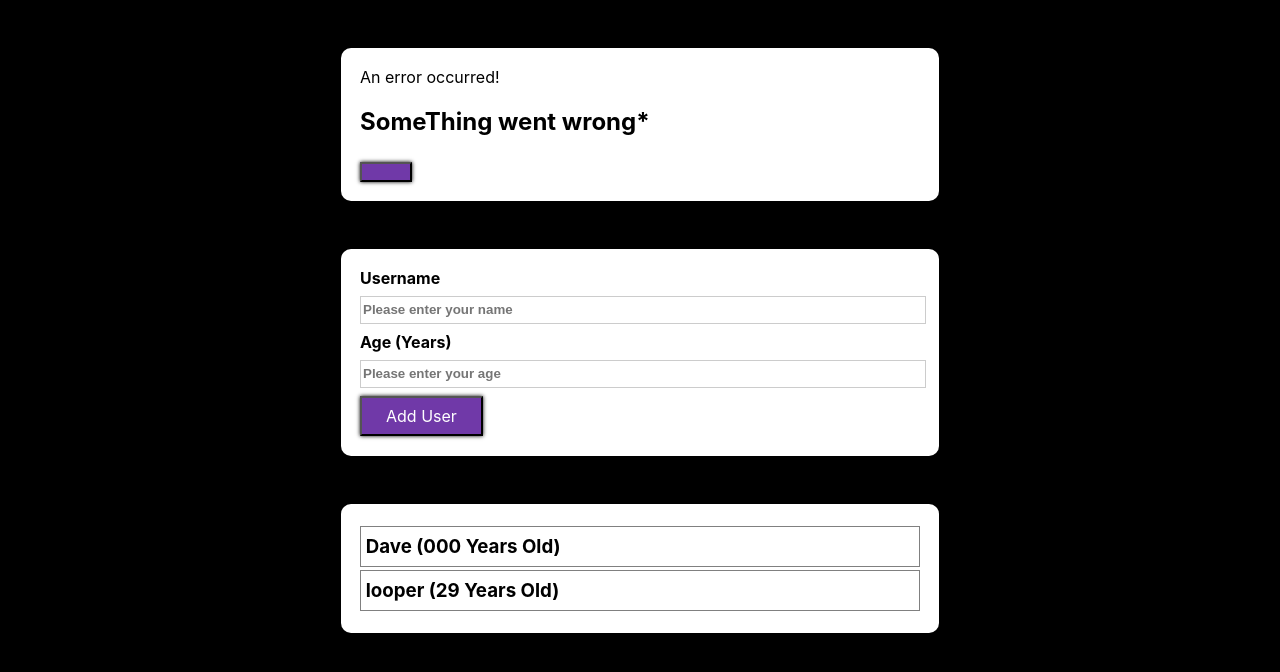
Repository: NamalPathirana/section-eight
Page: /
These files come from the project's save history. The page is drawn as it stood at one moment and after a run of saves; the edit follows.
The browser window is 1280 px wide. The pictures show the whole page.
The project was rebuilt for these pictures with package versions that can differ from the ones it lists, and the page was loaded fresh each time. Also part of the build but not shown: src/App.module.css.

Above is the page before, as saved 2021-12-04 13:59:21.

After the next 4 saves:
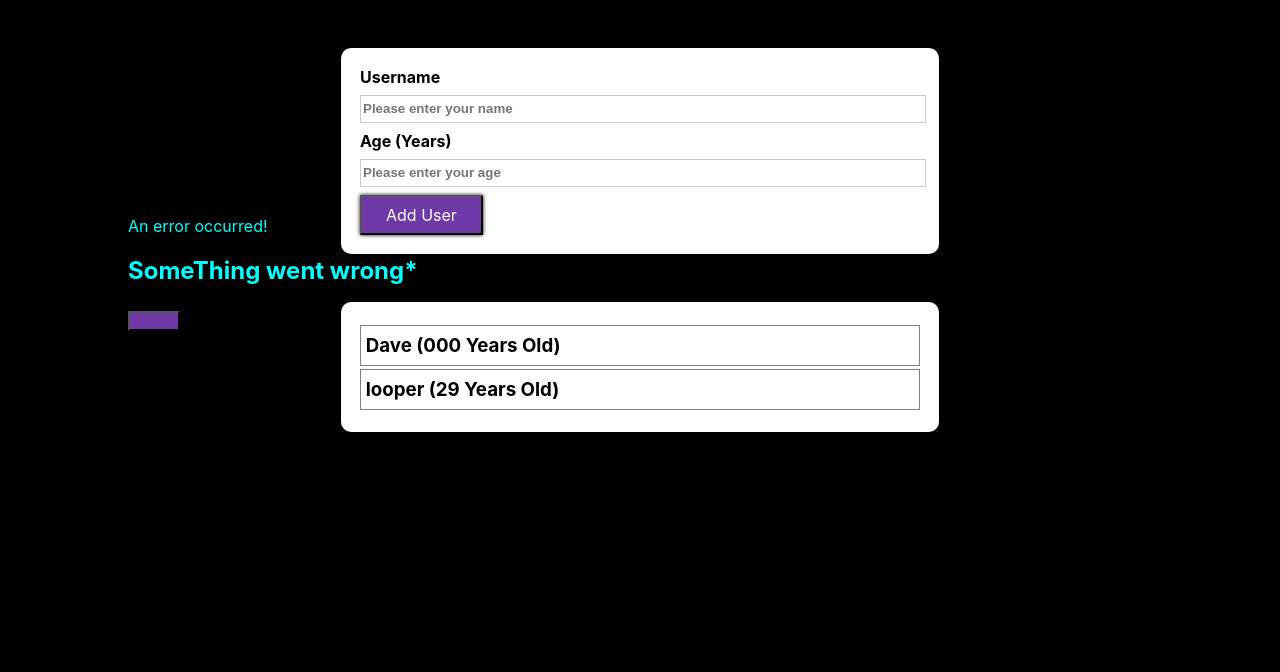
The 4 saves are shown as one change because 2 did not build or start and some came seconds apart.
The last was saved 3 min 56 s later.
--- a/src/UI/Card/Card.js
+++ b/src/UI/Card/Card.js
@@ -2,7 +2,7 @@ import styles from './Card.module.css';
 
 const Card = (props) => {
 
-    return (<div className={styles.card}>
+    return (<div className={props.className==undefined?styles.card:props.className}>
         {props.children}
     </div>);
 
